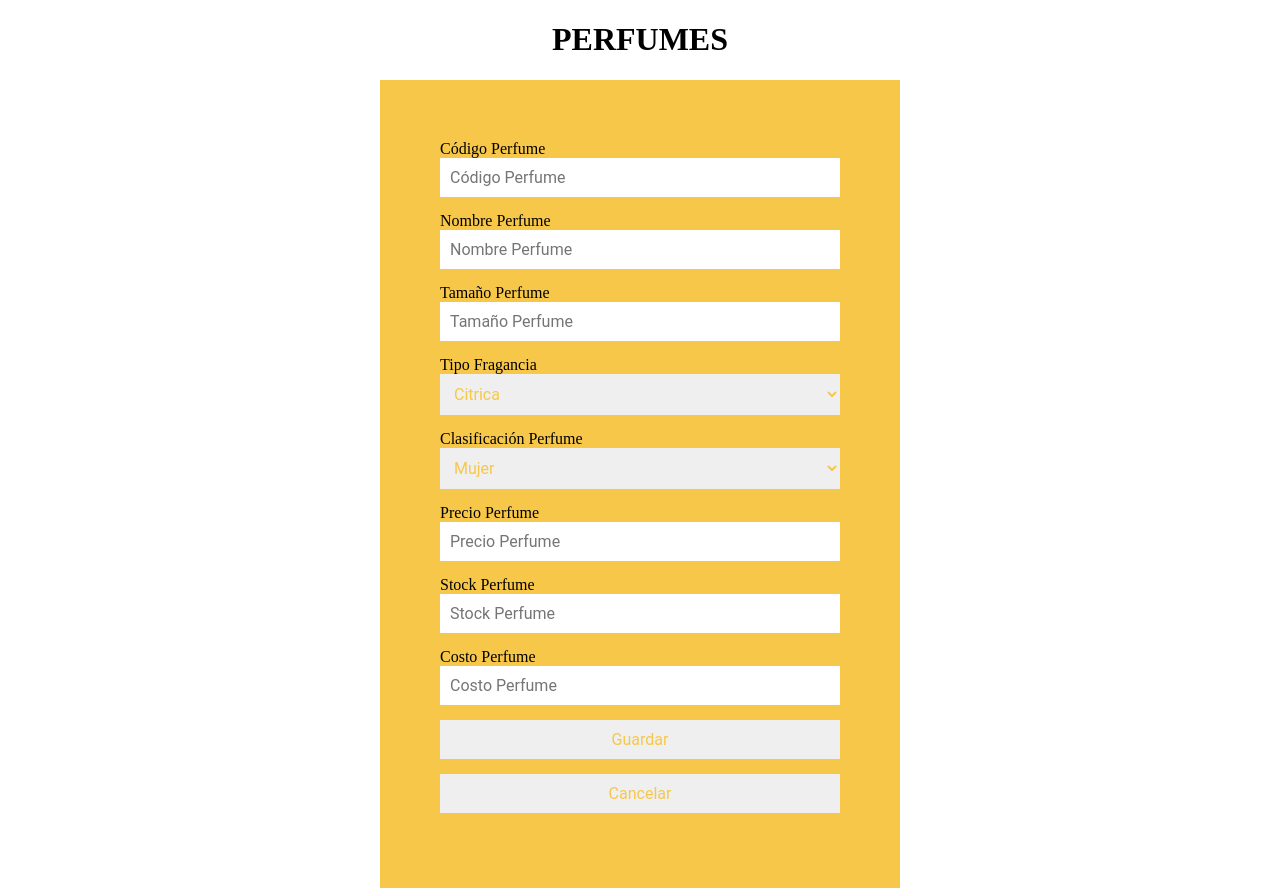
Repository: alejamorenovallejo/arosmile
Page: perfume.html
The author's editor kept a copy of each file at every save. The page is drawn from the files as they stood at one save, then again after the next save.
The browser window is 1280 px wide. The pictures show the whole page.

Above is the page before, as saved 2021-09-12 02:19:36.
Not found: main.js

### perfume.html
<!DOCTYPE html>
<html>
  <head>
    <meta charset="utf-8" />
    <meta http-equiv="X-UA-Compatible" content="IE=edge" />
    <title>Perfumes</title>
    <meta name="viewport" content="width=device-width, initial-scale=1" />
    <link
      rel="stylesheet"
      type="text/css"
      media="screen"
      href="css/style.css"
    />
    <script src="main.js"></script>
  </head>
  <body>
    <header></header>
    <main>
        <h1>PERFUMES</h1>
        <form action="" method="POST">
          <label for="codigo_perfume">
            <span>Código Perfume</span>
            <input
              type="text"
              id="codigo_perfume"
              name="codigo_perfume"
              placeholder="Código Perfume"
            />
          </label>
          <label for="nombre_perfume">
            <span>Nombre Perfume</span>
            <input
              type="text"
              id="nombre_perfume"
              name="nombre_perfume"
              placeholder="Nombre Perfume"
            />
          </label>
          <label for="tamano_perfume">
            <span>Tamaño Perfume</span>
            <input
              type="number"
              id="tamano_perfume"
              name="tamano_perfume"
              placeholder="Tamaño Perfume"
            />
          </label>
          <label for="tipo_frangancia">
            <span>Tipo Fragancia</span>
            <select
              name="tipo_frangancia"
              id="tipo_frangancia"
              placeholder="Tipo Fragancia"
            >
              <option value="1">Citrica</option>
            </select>
          </label>
          <label for="clasificacion_perfume">
            <span>Clasificación Perfume</span>
            <select
              name="clasificacion_perfume"
              id="clasificacion_perfume"
              placeholder="Clasificación Perfume"
            >
              <option value="1">Mujer</option>
              <option value="2">Hombre</option>
              <option value="3">Infantil</option>
            </select>
          </label>
          <label for="precio_perfume">
            <span>Precio Perfume</span>
            <input
              type="number"
              id="precio_perfume"
              name="precio_perfume"
              placeholder="Precio Perfume"
            />
          </label>
          <label for="stock_perfume">
            <span>Stock Perfume</span>
            <input
              type="number"
              id="stock_perfume"
              name="stock_perfume"
              placeholder="Stock Perfume"
            />
          </label>
          <label for="costo_perfume">
            <span>Costo Perfume</span>
            <input
              type="number"
              id="costo_perfume"
              name="costo_perfume"
              placeholder="Costo Perfume"
            />
          </label>
          <input
            type="submit"
            id="guardar_perfume"
            name="guardar_perfume"
            value="Guardar"
          />
          <input
            type="button"
            id="cancelar_perfume"
            name="cancelar_perfume"
            value="Cancelar"
          />
        </form>
    </main>
  </body>
</html>

### css/style.css
form {
  padding: 60px;
  max-width: 400px;
  background-color: #F7C74A;
  margin: 0 auto;
}
form input, form select{
    margin-bottom: 15px;
    font-family: "Roboto", sans-serif;
    width: 100%;
    padding: 10px;
    -webkit-box-sizing: border-box;
    box-sizing: border-box;
    border: none;
    color:#F7C74A;
    font-size: 1em;
    resize: horizontal;
}

h1 {
    text-align: center;
}

After the next save:
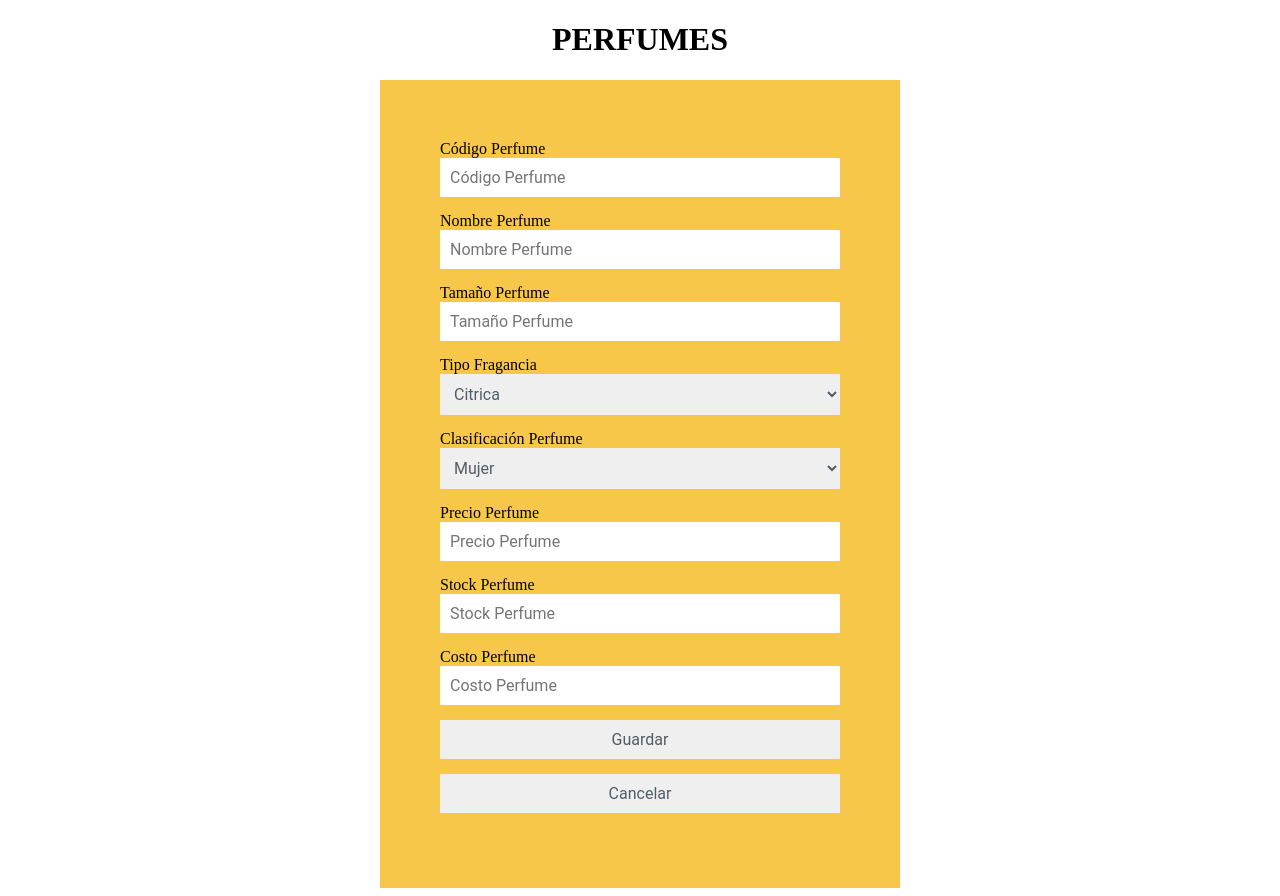
Saved 13 s later.
--- a/css/style.css
+++ b/css/style.css
@@ -12,7 +12,7 @@ form input, form select{
     -webkit-box-sizing: border-box;
     box-sizing: border-box;
     border: none;
-    color:#F7C74A;
+    color: #525c66;
     font-size: 1em;
     resize: horizontal;
 }
